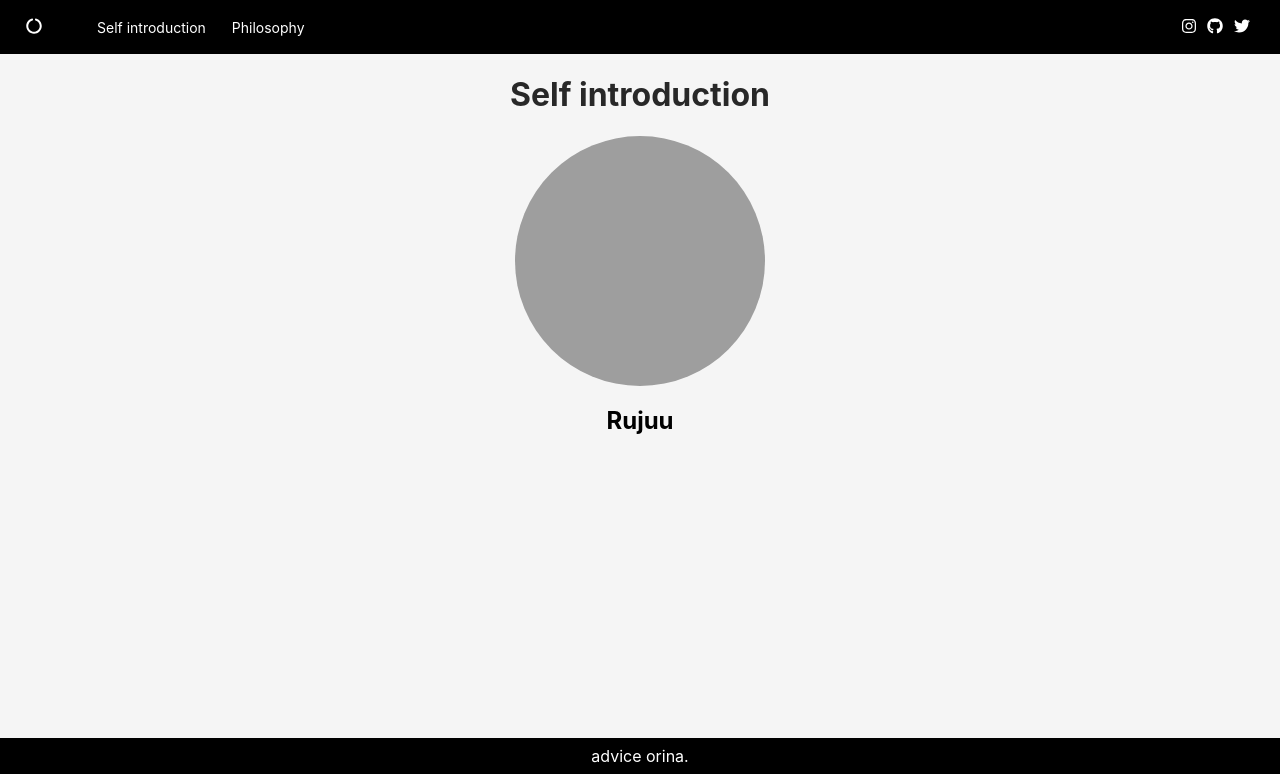
Repository: Rujuu-prog/react-mysite
Page: /selfintroduction
An editor plug-in stored every save of this project. The page is shown before and after the next save, followed by the edit.
The browser window is 1280 px wide. The pictures show the whole page.
Pictures or frames that could not be fetched are drawn as grey boxes. The project was rebuilt for these pictures with package versions that can differ from the ones it lists, and the page was loaded fresh each time. Also part of the build but not shown: src/components/pages/Philosophy.tsx, src/components/pages/Top.tsx.

Above is the page before, as saved 2021-05-13 01:35:13.

After the next save:
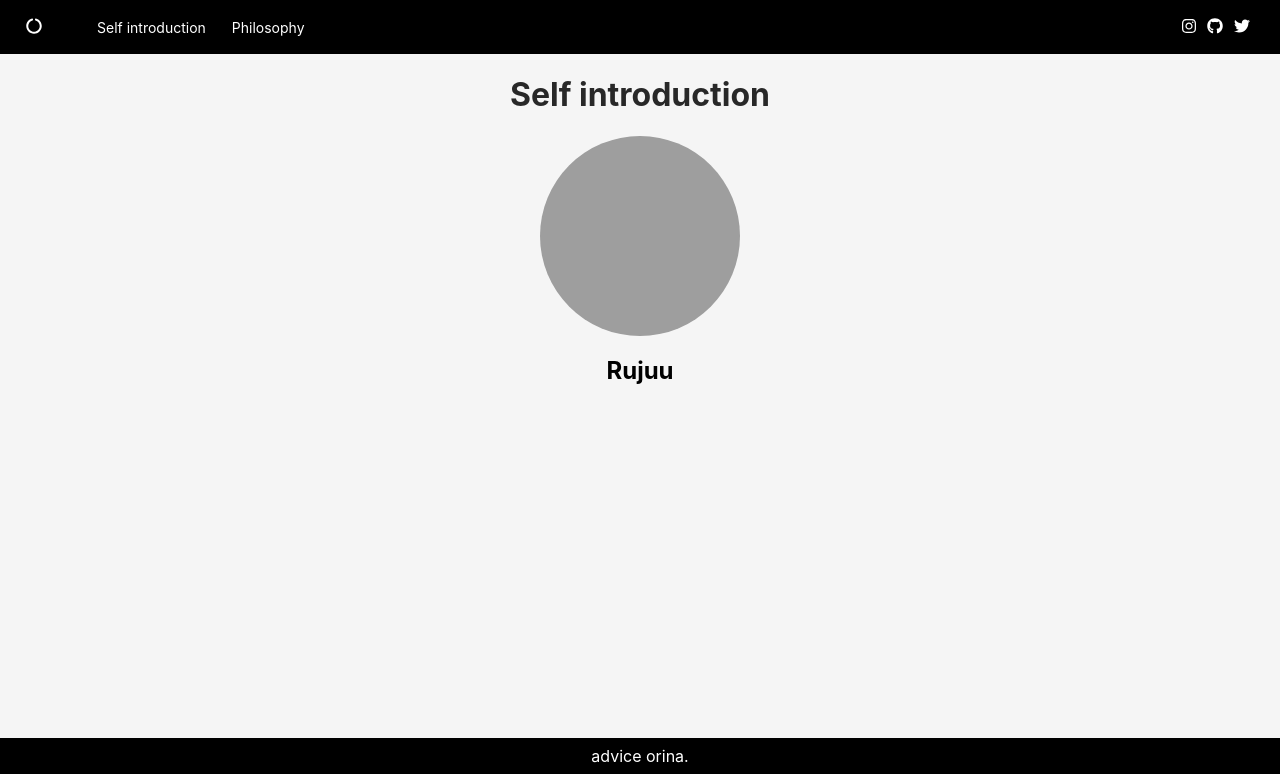
Saved 18 s later.
--- a/src/components/pages/SelfIntroduction.tsx
+++ b/src/components/pages/SelfIntroduction.tsx
@@ -25,8 +25,8 @@ const SMainContainer = styled.div`
         color: #282828;
     }
     img {
-        width: 250px;
-        height: 250px;
+        width: 200px;
+        height: 200px;
         border-radius: 50%;
         background-position: left top;
     }
